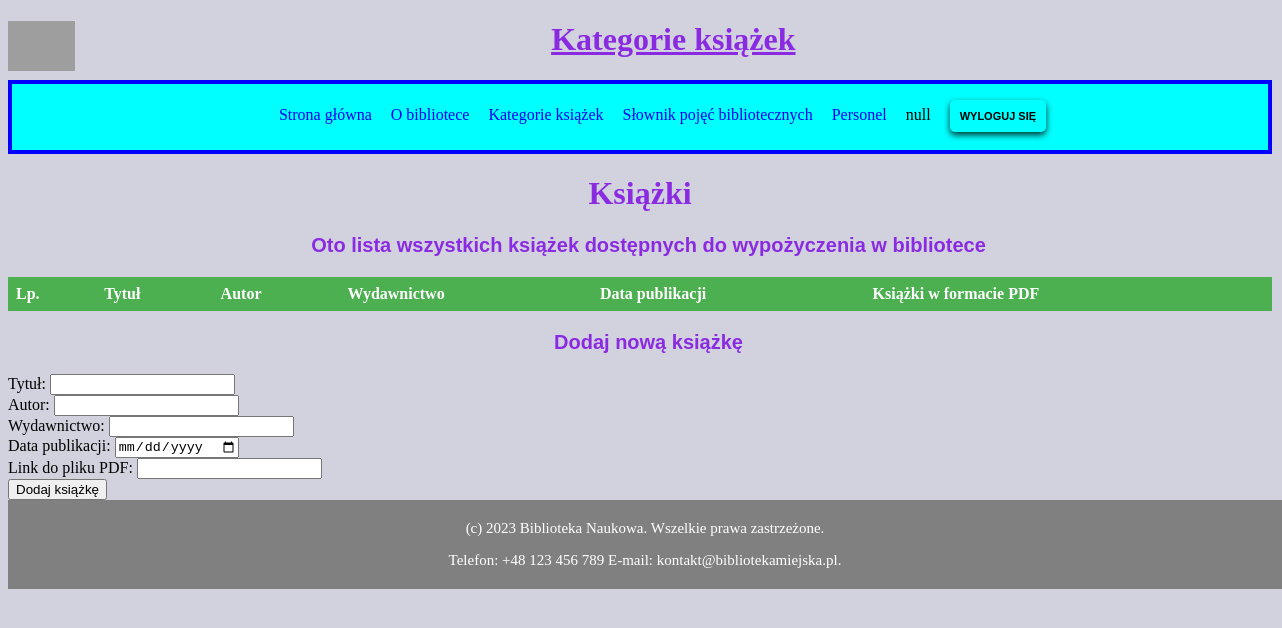
Repository: Dominik098/projekt
Page: http://localhost/biblioteka/C_Kategorie książek.jsp
An editor plug-in stored every save of this project. The page is shown before and after the next save, followed by the edit.
The browser window is 1280 px wide. The page is 1282 px wide, so the pictures cover 1282 px, including what lies to the right of the window. The pictures show the whole page.
Pictures or frames that could not be fetched are drawn as grey boxes. The page is served by Tomcat 9. Queries for data that is not in the repository find no rows.

Above is the page before, as saved 2023-04-28 06:15:36.

After the next save:
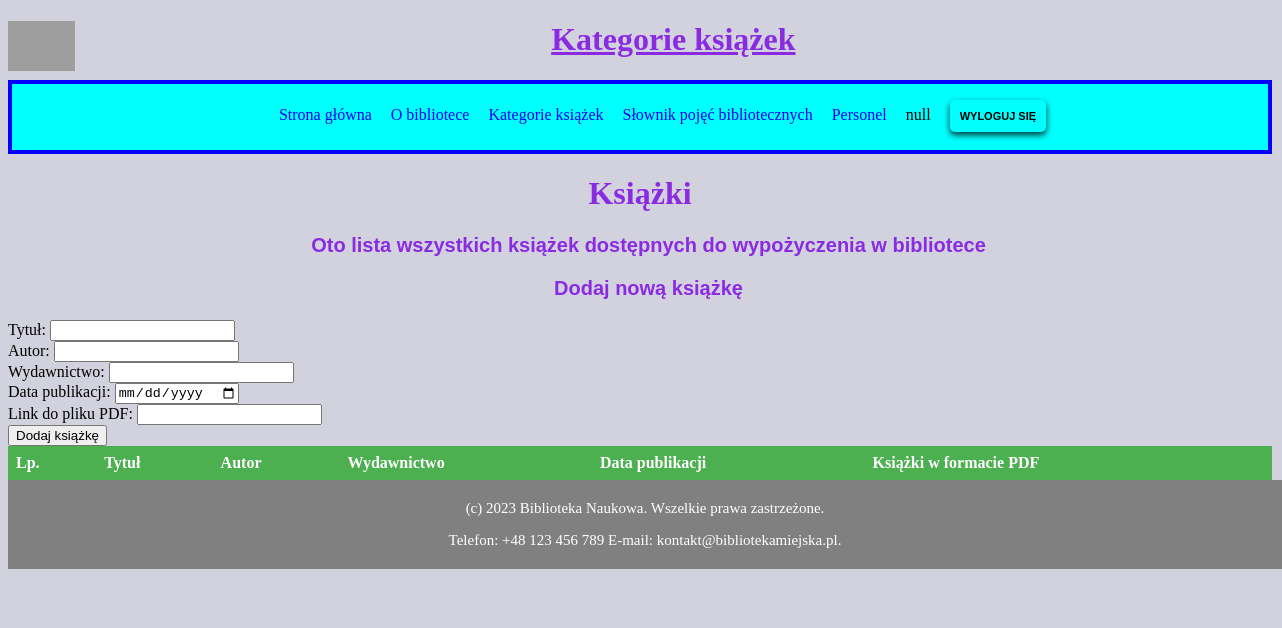
Saved 9 min 43 s later.
--- a/java projekt/biblioteka/src/main/webapp/C_Kategorie książek.jsp
+++ b/java projekt/biblioteka/src/main/webapp/C_Kategorie książek.jsp
@@ -51,6 +51,27 @@
 
 <h3>Oto lista wszystkich książek dostępnych do wypożyczenia w bibliotece</h3>
 
+
+<h3>Dodaj nową książkę</h3>
+
+<form method="post" action="<%= request.getContextPath() %>/dodajKsiazke">
+<label for="tytul">Tytuł:</label>
+<input type="text" id="tytul" name="tytul" required><br>
+
+<label for="autor">Autor:</label>
+<input type="text" id="autor" name="autor" required><br>
+
+<label for="wydawnictwo">Wydawnictwo:</label>
+<input type="text" id="wydawnictwo" name="wydawnictwo" required><br>
+
+<label for="data_publikacji">Data publikacji:</label>
+<input type="date" id="data_publikacji" name="data_publikacji" required><br>
+
+<label for="pdf">Link do pliku PDF:</label>
+<input type="text" id="pdf" name="pdf" required><br>
+
+  <input type="submit" value="Dodaj książkę">
+</form>
 <table>
   <tr>
     <th>Lp.</th>
@@ -106,26 +127,6 @@
   %>
 </table>
 
-<h3>Dodaj nową książkę</h3>
-
-<form method="post" action="<%= request.getContextPath() %>/dodajKsiazke">
-<label for="tytul">Tytuł:</label>
-<input type="text" id="tytul" name="tytul" required><br>
-
-<label for="autor">Autor:</label>
-<input type="text" id="autor" name="autor" required><br>
-
-<label for="wydawnictwo">Wydawnictwo:</label>
-<input type="text" id="wydawnictwo" name="wydawnictwo" required><br>
-
-<label for="data_publikacji">Data publikacji:</label>
-<input type="date" id="data_publikacji" name="data_publikacji" required><br>
-
-<label for="pdf">Link do pliku PDF:</label>
-<input type="text" id="pdf" name="pdf" required><br>
-
-  <input type="submit" value="Dodaj książkę">
-</form>
 <script>
   // Funkcja pobierająca plik PDF
   function pobierzPDF(link) {
